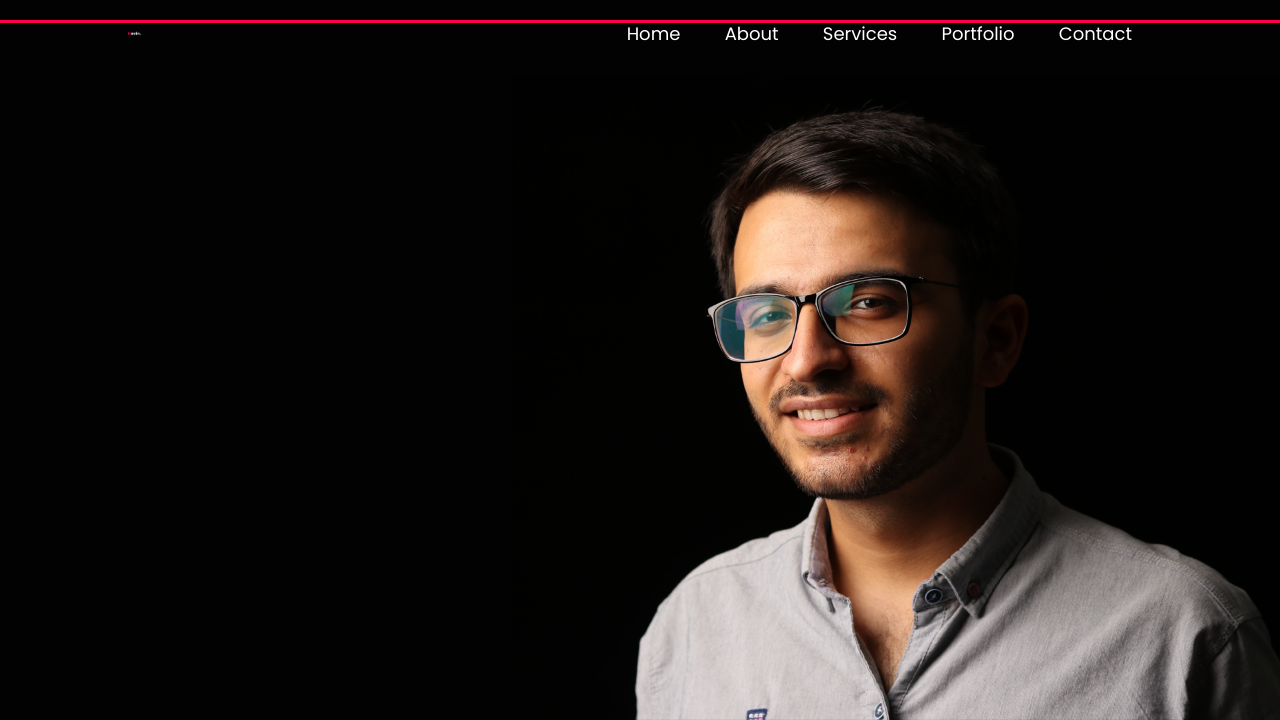
Repository: bryanbraide/Profile-card
Page: index.html
The author's editor kept a copy of each file at every save. The page is drawn from the files as they stood at one save, then again after a run of saves.
The browser window is 1280 px wide. The pictures show the whole page.

Above is the page before, as saved 2025-06-16 14:17:31.

After the next 4 saves:
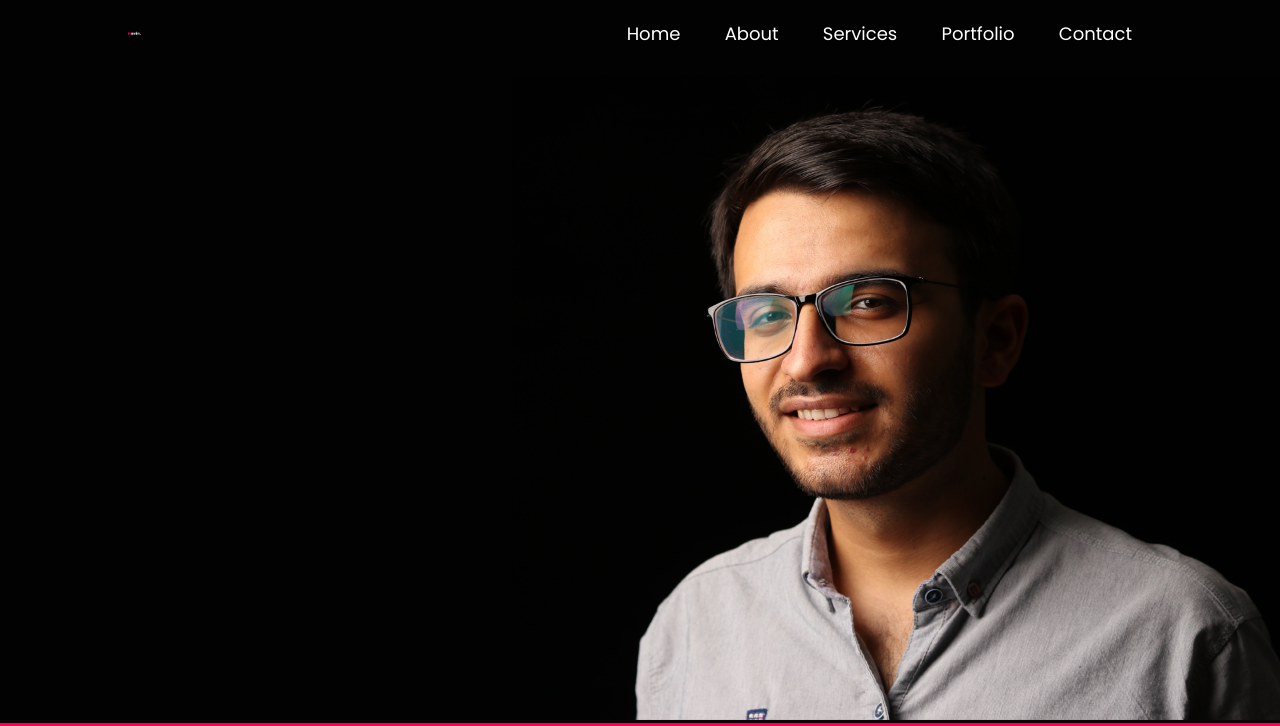
The 4 saves are shown as one change because they came seconds apart.
The last was saved 21 s later.
--- a/style.css
+++ b/style.css
@@ -48,6 +48,6 @@
   background: #ff004f;
   position: absolute;
   left: 0;
-  bottom: ;
+  bottom: -6px;
 
 }
